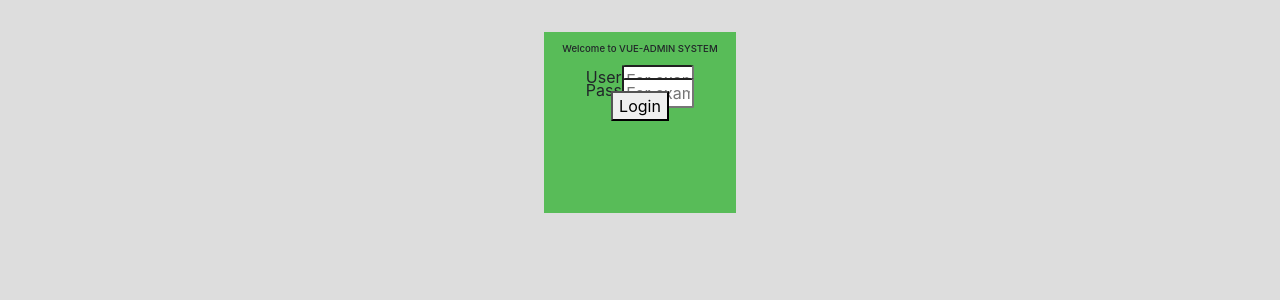
Repository: gzh51904/baiyangApp
Page: / (app in houtai/Vue-admin/)
The author's editor kept a copy of each file at every save. The page is drawn from the files as they stood at one save, then again after the next save.
The browser window is 1280 px wide. The pictures show the whole page.
The project was rebuilt for these pictures with package versions that can differ from the ones it lists, and the page was loaded fresh each time. Also part of the build but not shown: houtai/Vue-admin/vue.config.js.

Above is the page before, as saved 2019-05-11 10:55:42.

After the next save:
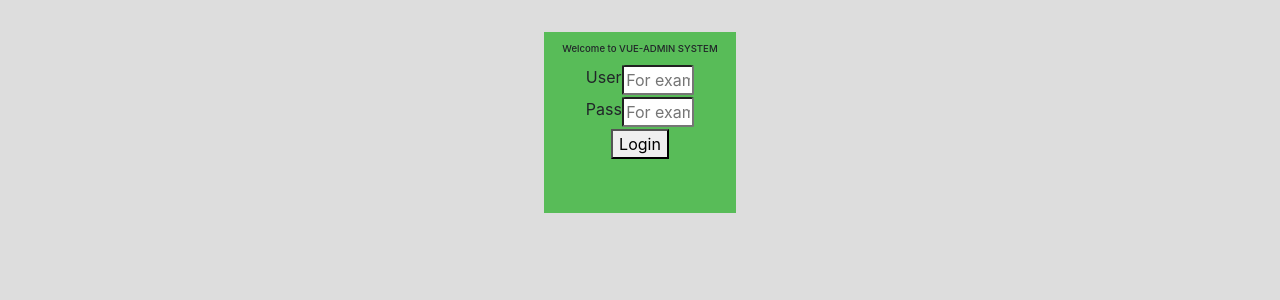
Saved 26 s later.
--- a/houtai/Vue-admin/src/pages/login.vue
+++ b/houtai/Vue-admin/src/pages/login.vue
@@ -44,7 +44,7 @@ export default {
         justify-content: space-around;
         align-items: center;
         .login-form-item{
-            height:.8rem;
+            height:2rem;
 
         span{
             float:left;
